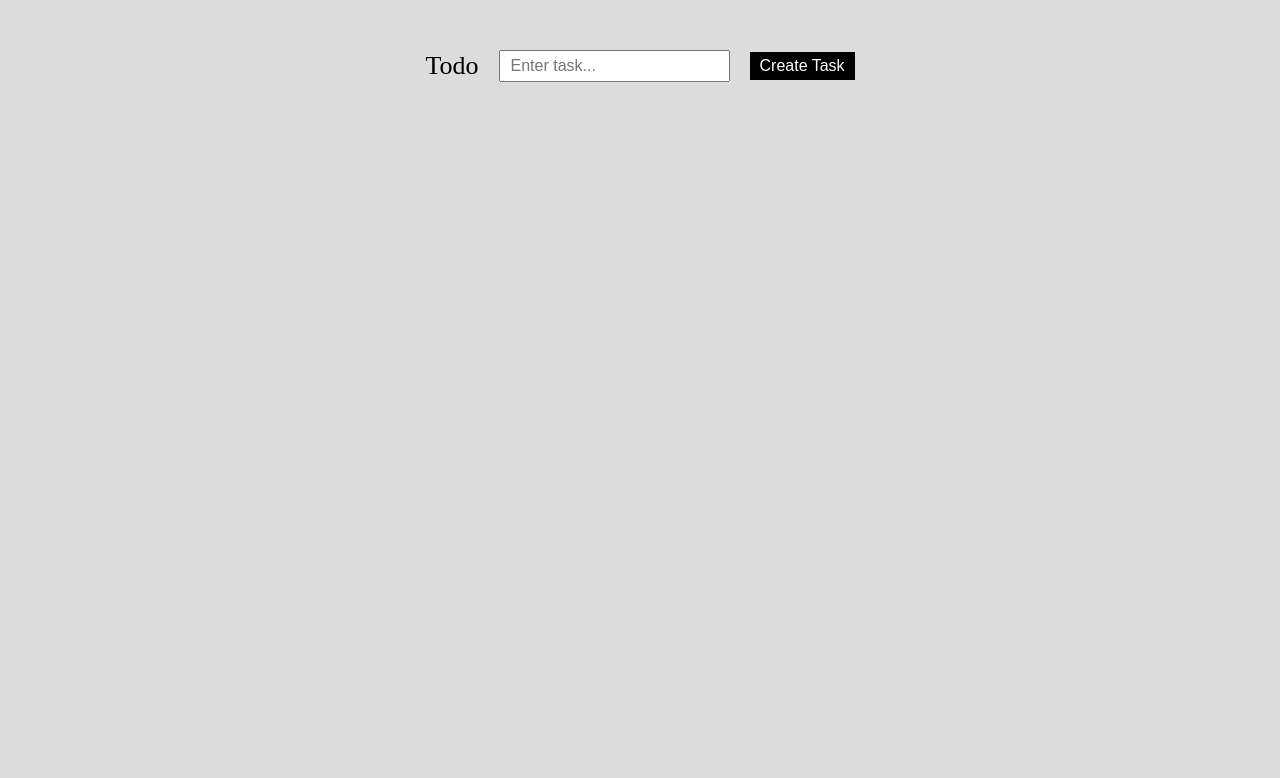
Repository: pawvan/todo_app
Page: markup/tod.html
An editor plug-in stored every save of this project. The page is shown before and after a run of saves, followed by the edit.
The browser window is 1280 px wide. The pictures show the whole page.

Above is the page before, as saved 2025-01-11 22:37:37.

After the next 2 saves:
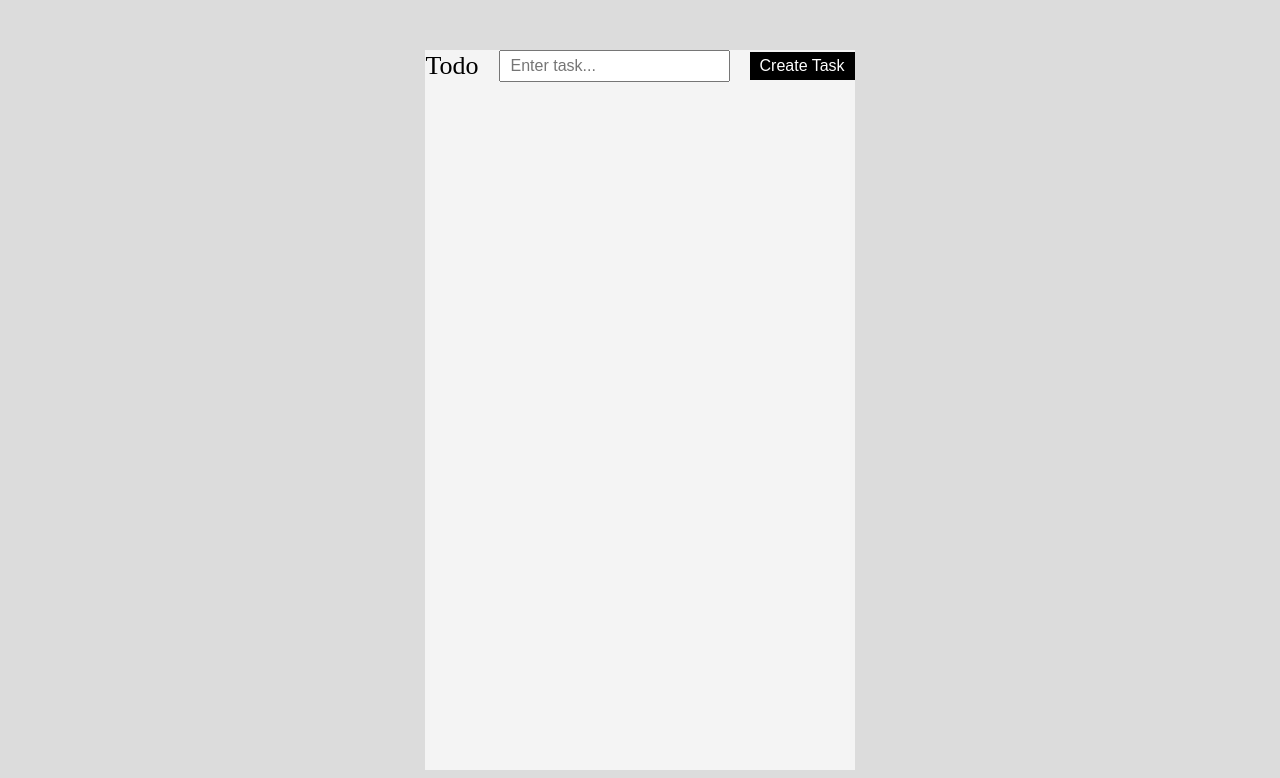
The 2 saves are shown as one change because they came seconds apart.
The last was saved 28 s later.
--- a/styles/todo.css
+++ b/styles/todo.css
@@ -12,6 +12,9 @@ body {
     flex-direction: horizontal;
     align-items: center;
     gap: 20px;
+}
+.todo-container{
+    background-color:#f4f4f4
 }
 
 
